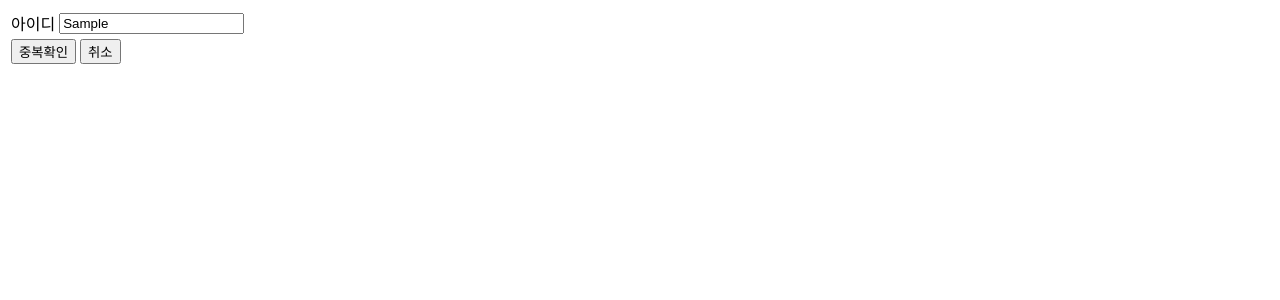
Repository: sunghyun-biblee/LearnSpace
Page: 4_UI/JS_Test/WebContent/js16_window03.html
The author's editor kept a copy of each file at every save. The page is drawn from the files as they stood at one save, then again after the next save.
The browser window is 1280 px wide. The pictures show the whole page.
Empty fields were first filled with sample values (such as "Sample", 5 or name@example.com).
After loading, the first visible `input[onclick="confirmChk();"]` was clicked once.

Above is the page before, as saved 2023-10-26 05:17:13.

### 4_UI/JS_Test/WebContent/js16_window03.html
<!DOCTYPE html>
<html>
<head>
<meta charset="UTF-8">
<title>Insert title here</title>
<script type="text/javascript">
	const ids=["multi","java","script","biblee","sunghyun"]
	function confirmChk(){
		// 입력한 id 값
		let id = document.getElementById("id").value;

		// 메세지를 출력할 div태그 선택
		let div = document.getElementsByTagName("div")[0];
		if(ids.indexOf(id)!= -1){
			div.innerHTML="<b> 아이디가 존재합니다. </b>";
		}else{
			let userId="사용할수있는 아이디 입니다."+"<input type='button' value='확인' onclick='insertI(\""+id+"\");'>"
			div.innerHTML="";
		}
	}
</script>
</head>
<body>
	<table>
		<tr>
			<td>아이디</td>
			<td><input type="text" id="id"> </td>
		</tr>
		<tr>
			<td colspan="2">
			<input type="button" value="중복확인" onclick="confirmChk();">
			<input type="button" value="취소" onclick="self.close();">
			</td>
		</tr>
	</table>
	<div></div>
</body>
</html>

After the next save:
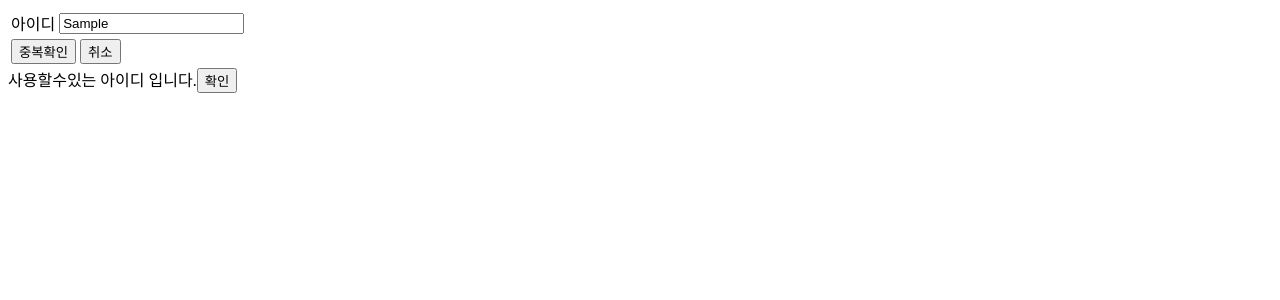
Saved 14 s later.
--- a/4_UI/JS_Test/WebContent/js16_window03.html
+++ b/4_UI/JS_Test/WebContent/js16_window03.html
@@ -15,7 +15,7 @@
 			div.innerHTML="<b> 아이디가 존재합니다. </b>";
 		}else{
 			let userId="사용할수있는 아이디 입니다."+"<input type='button' value='확인' onclick='insertI(\""+id+"\");'>"
-			div.innerHTML="";
+			div.innerHTML=userId;
 		}
 	}
 </script>
